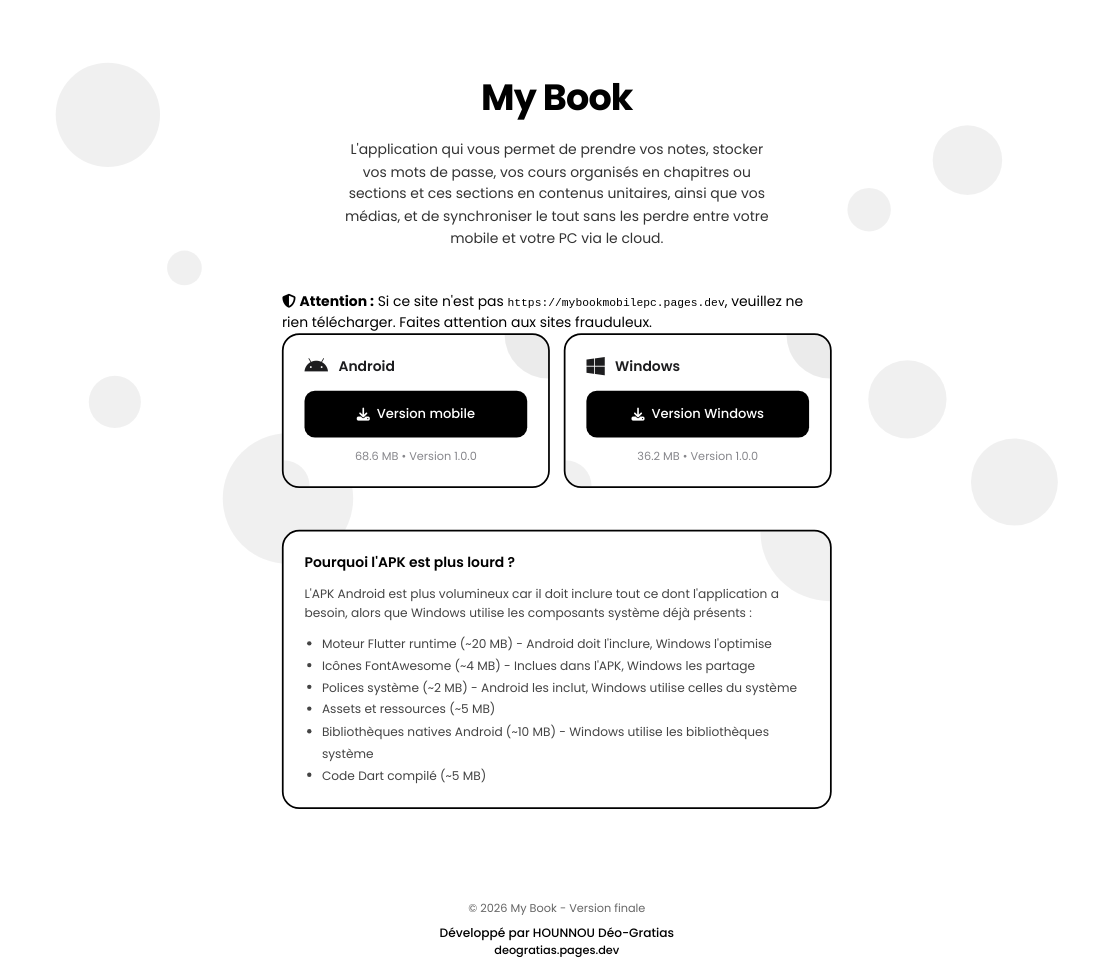
Repository: Deogratiasdev/app
Page: test.html
An editor plug-in stored every save of this project. The page is shown before and after the next save, followed by the edit.
The browser window is 1280 px wide. The pictures show the whole page, at 87% of full size.

Above is the page before, as saved 2026-04-12 00:21:09.

After the next save:
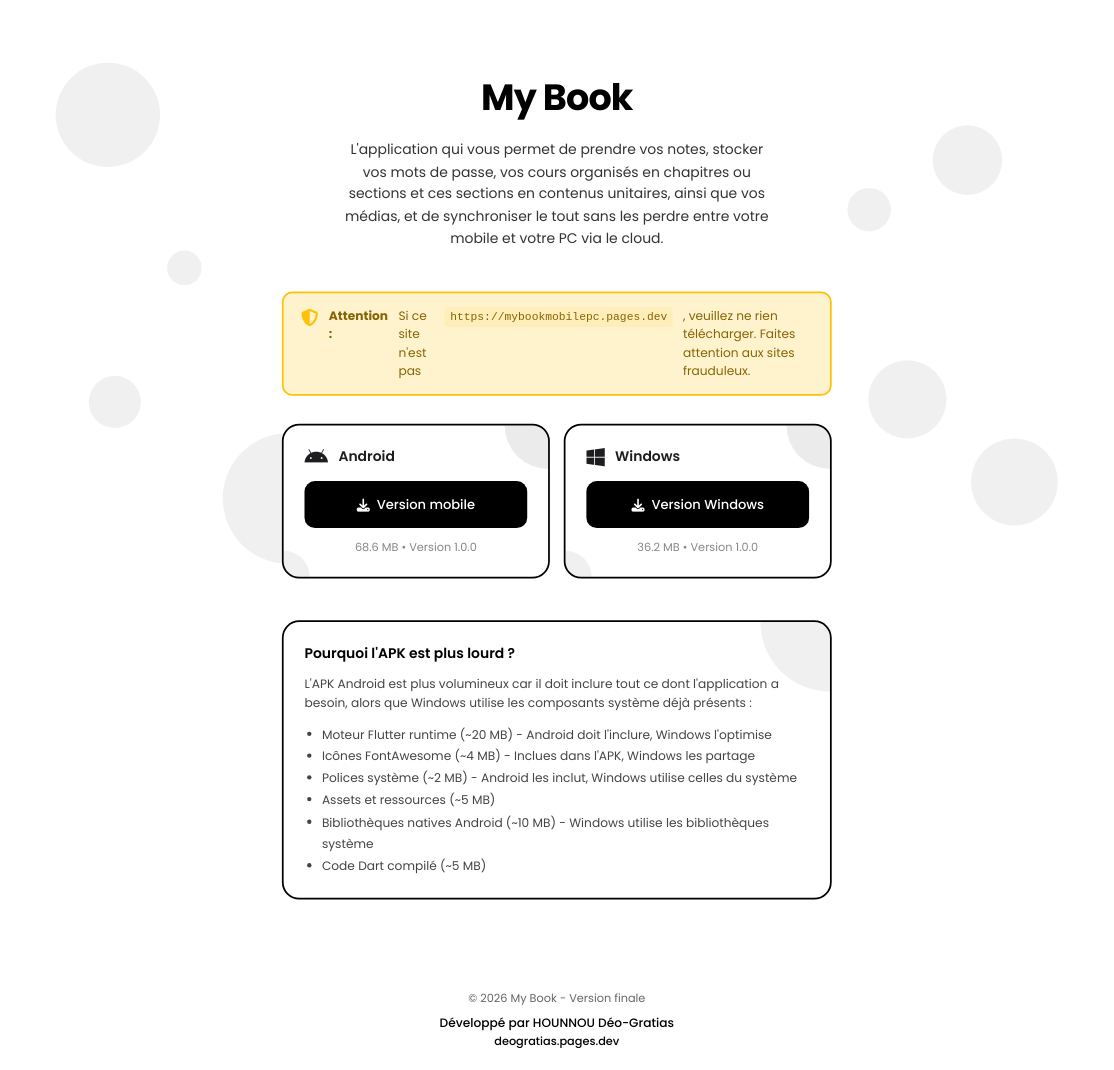
Saved 29 s later.
--- a/test.html
+++ b/test.html
@@ -33,6 +33,30 @@
             text-align: center;
             margin-bottom: 48px;
         }
+        .warning-box {
+            background: #fff3cd;
+            border: 2px solid #ffc107;
+            border-radius: 12px;
+            padding: 16px 20px;
+            margin-bottom: 32px;
+            font-size: 14px;
+            color: #856404;
+            display: flex;
+            align-items: flex-start;
+            gap: 12px;
+        }
+        .warning-box i {
+            font-size: 20px;
+            color: #ffc107;
+            margin-top: 2px;
+        }
+        .warning-box code {
+            background: #ffeeba;
+            padding: 2px 6px;
+            border-radius: 4px;
+            font-family: 'Courier New', monospace;
+            font-size: 13px;
+        }
         h1 {
             font-size: 42px;
             font-weight: 700;
